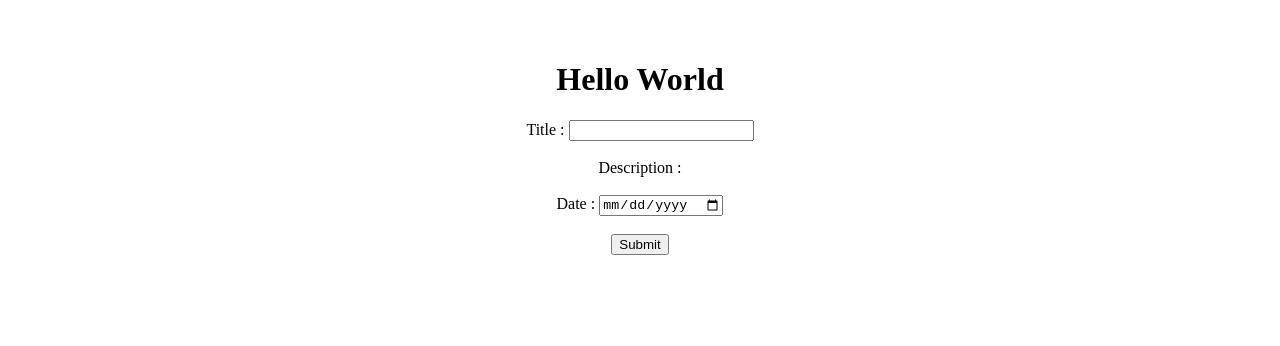
Repository: VishwaGoswami1407/todo-react-frontend
Page: /
The author's editor kept a copy of each file at every save. The page is drawn from the files as they stood at one save, then again after the next save.
The browser window is 1280 px wide. The pictures show the whole page.
The project was rebuilt for these pictures with package versions that can differ from the ones it lists, and the page was loaded fresh each time. Also part of the build but not shown: vite.config.js.

Above is the page before, as saved 2024-10-27 22:58:41.

### src/App.jsx
import './App.css'

function App() {

  return (
    <>
     <h1>Hello World</h1>
     <label>Title : </label>
     <input type="text" name="title" />
     <br />
     <br />
     <label>Description : </label>

     <br />
     <br />
     <label>Date : </label>
     <input type="date" name="date" />
     <br />
     <br />
     <button type="submit" name="submit">Submit</button>

    </>
  )
}

export default App

Loaded but not shown: index.html (common file); src/main.jsx (common file); src/App.css (common file)

After the next save:
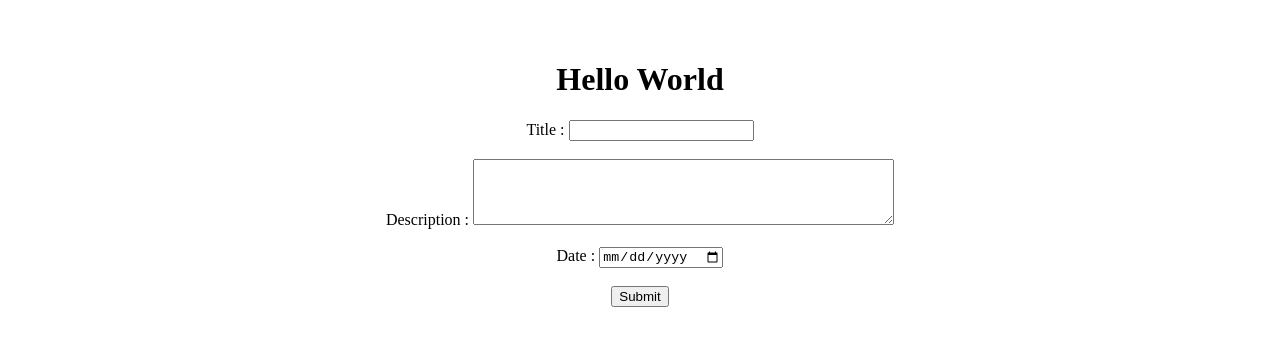
Saved 8 s later.
--- a/src/App.jsx
+++ b/src/App.jsx
@@ -10,7 +10,7 @@ function App() {
      <br />
      <br />
      <label>Description : </label>
-
+     <textarea name="description" rows="4" cols="50"></textarea>
      <br />
      <br />
      <label>Date : </label>
